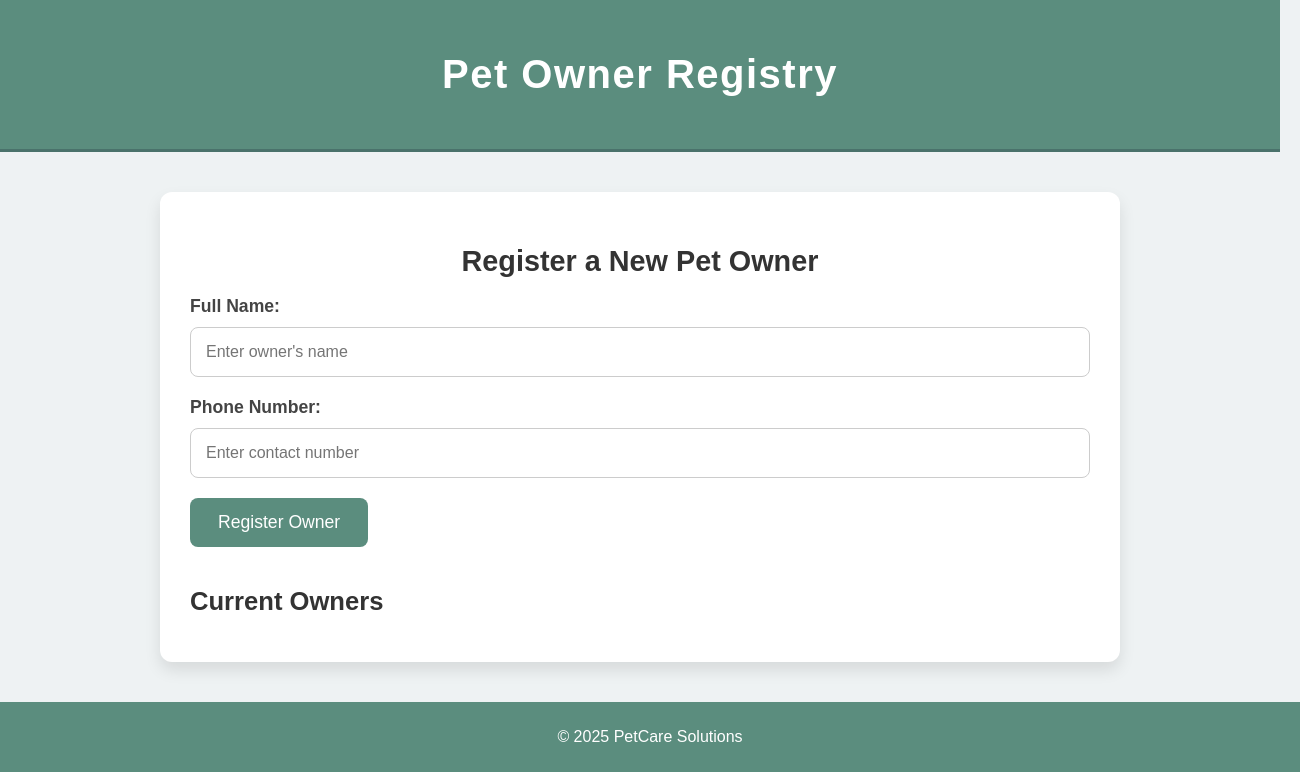
Repository: abirami1105/repoA
Page: PetClinicApplication/src/main/resources/static/owner.html
The author's editor kept a copy of each file at every save. The page is drawn from the files as they stood at one save, then again after the next save.
The browser window is 1280 px wide. The page is 1300 px wide, then 1280 px, then 1300 px, so the pictures cover 1300 px, including what lies to the right of the window. The pictures show the whole page.
The page's requests for data from a server got no answer.

Above is the page before, as saved 2025-01-02 18:28:44.

### PetClinicApplication/src/main/resources/static/owner.html
<!DOCTYPE html>
<html lang="en">
<head>
    <meta charset="UTF-8">
    <meta name="viewport" content="width=device-width, initial-scale=1.0">
    <title>Pet Owner Registry</title>
    <style>
        body {
            font-family: 'Arial', sans-serif;
            background-color: #eef2f3;
            margin: 0;
            padding: 0;
        }

        header {
            background-color: #5b8d7e;
            color: white;
            padding: 25px 0;
            text-align: center;
            border-bottom: 3px solid #4a726b;
        }

        header h1 {
            font-size: 2.5rem;
            letter-spacing: 1.5px;
        }

        .container {
            max-width: 900px;
            margin: 40px auto;
            padding: 30px;
            background-color: #ffffff;
            border-radius: 12px;
            box-shadow: 0 8px 16px rgba(0, 0, 0, 0.1);
        }

        .form-container {
            margin-bottom: 35px;
        }

        .form-container h2 {
            text-align: center;
            color: #333;
            font-size: 1.8rem;
            margin-bottom: 18px;
        }

        .form-container label {
            display: block;
            margin-bottom: 10px;
            font-size: 1.1rem;
            font-weight: bold;
            color: #444;
        }

        .form-container input {
            width: 100%;
            padding: 15px;
            font-size: 1rem;
            border-radius: 8px;
            border: 1px solid #ccc;
            margin-bottom: 20px;
            box-sizing: border-box;
            transition: all 0.3s ease;
        }

        .form-container input:focus {
            border-color: #5b8d7e;
            outline: none;
        }

        .form-container button {
            background-color: #5b8d7e;
            color: white;
            padding: 14px 28px;
            font-size: 1.1rem;
            border: none;
            border-radius: 8px;
            cursor: pointer;
            transition: background-color 0.3s ease;
        }

        .form-container button:hover {
            background-color: #4a726b;
        }

        .owner-list {
            margin-top: 40px;
        }

        .owner-list h3 {
            font-size: 1.6rem;
            color: #333;
            margin-bottom: 15px;
        }

        .owner-list ul {
            list-style: none;
            padding: 0;
        }

        .owner-list li {
            background-color: #f7f9fa;
            padding: 15px;
            margin-bottom: 12px;
            border-radius: 8px;
            box-shadow: 0 4px 6px rgba(0, 0, 0, 0.1);
            display: flex;
            justify-content: space-between;
            align-items: center;
            font-size: 1rem;
            color: #333;
        }

        .owner-list li span {
            font-weight: bold;
            color: #5b8d7e;
        }

        footer {
            background-color: #5b8d7e;
            color: white;
            text-align: center;
            padding: 10px;
            position: relative;
            bottom: 0;
            width: 100%;
            margin-top: 40px;
        }

    </style>
</head>
<body>

<header>
    <h1>Pet Owner Registry</h1>
</header>

<div class="container">
    <div class="form-container">
        <h2>Register a New Pet Owner</h2>
        <form id="ownerForm">
            <label for="name">Full Name:</label>
            <input type="text" id="name" name="name" placeholder="Enter owner's name" required>

            <label for="contact">Phone Number:</label>
            <input type="text" id="contact" name="contact" placeholder="Enter contact number" required>

            <button type="submit">Register Owner</button>
        </form>
    </div>

    <div class="owner-list">
        <h3>Current Owners</h3>
        <ul id="ownerList"></ul>
    </div>
</div>

<footer>
    <p>&copy; 2025 PetCare Solutions</p>
</footer>

<script>
    document.getElementById("ownerForm").addEventListener("submit", function(event) {
        event.preventDefault();

        const ownerData = {
            name: document.getElementById("name").value,
            contact: document.getElementById("contact").value
        };

        fetch("/owners", {
            method: "POST",
            headers: {
                "Content-Type": "application/json"
            },
            body: JSON.stringify(ownerData)
        })
        .then(response => response.json())
        .then(owner => {
            alert("Owner successfully registered!");
            loadOwners(); // Reload the list of owners after adding a new one
        });
    });

    function loadOwners() {
        fetch("/owners")
            .then(response => response.json())
            .then(owners => {
                const ownerList = document.getElementById("ownerList");
                ownerList.innerHTML = "";
                owners.forEach(owner => {
                    const listItem = document.createElement("li");
                    listItem.innerHTML = `
                        <span>${owner.name}</span> - ${owner.contact}
                    `;
                    ownerList.appendChild(listItem);
                });
            });
    }

    loadOwners(); // Load owners when the page is first loaded
</script>

</body>
</html>

After the next save:
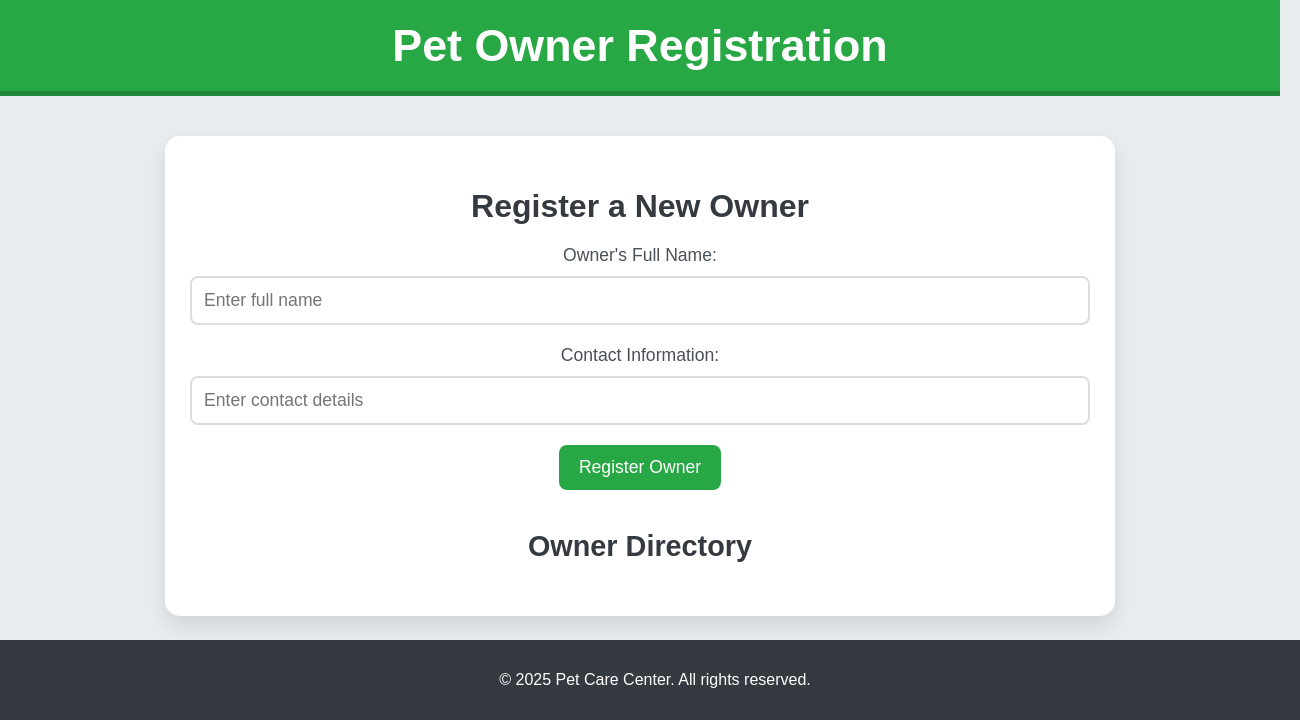
Saved 101 s later.
--- a/PetClinicApplication/src/main/resources/static/owner.html
+++ b/PetClinicApplication/src/main/resources/static/owner.html
@@ -3,85 +3,83 @@
 <head>
     <meta charset="UTF-8">
     <meta name="viewport" content="width=device-width, initial-scale=1.0">
-    <title>Pet Owner Registry</title>
+    <title>Pet Owner Registration</title>
     <style>
         body {
             font-family: 'Arial', sans-serif;
-            background-color: #eef2f3;
             margin: 0;
             padding: 0;
+            background-color: #e9ecef;
+            color: #495057;
         }
 
         header {
-            background-color: #5b8d7e;
+            background-color: #28a745;
             color: white;
-            padding: 25px 0;
-            text-align: center;
-            border-bottom: 3px solid #4a726b;
+            padding: 20px;
+            text-align: center;
+            border-bottom: 5px solid #218838;
         }
 
         header h1 {
-            font-size: 2.5rem;
-            letter-spacing: 1.5px;
+            margin: 0;
+            font-size: 2.8rem;
         }
 
         .container {
             max-width: 900px;
             margin: 40px auto;
-            padding: 30px;
-            background-color: #ffffff;
-            border-radius: 12px;
-            box-shadow: 0 8px 16px rgba(0, 0, 0, 0.1);
+            padding: 25px;
+            background-color: #fff;
+            border-radius: 15px;
+            box-shadow: 0 10px 20px rgba(0, 0, 0, 0.1);
         }
 
         .form-container {
-            margin-bottom: 35px;
+            margin-bottom: 40px;
+            text-align: center;
         }
 
         .form-container h2 {
-            text-align: center;
-            color: #333;
-            font-size: 1.8rem;
-            margin-bottom: 18px;
+            font-size: 2rem;
+            color: #343a40;
+            margin-bottom: 20px;
         }
 
         .form-container label {
             display: block;
             margin-bottom: 10px;
             font-size: 1.1rem;
-            font-weight: bold;
-            color: #444;
         }
 
         .form-container input {
             width: 100%;
-            padding: 15px;
-            font-size: 1rem;
+            padding: 12px;
+            margin-bottom: 20px;
+            font-size: 1.1rem;
+            border: 2px solid #ddd;
             border-radius: 8px;
-            border: 1px solid #ccc;
-            margin-bottom: 20px;
             box-sizing: border-box;
-            transition: all 0.3s ease;
         }
 
         .form-container input:focus {
-            border-color: #5b8d7e;
+            border-color: #28a745;
             outline: none;
         }
 
         .form-container button {
-            background-color: #5b8d7e;
+            background-color: #28a745;
             color: white;
-            padding: 14px 28px;
+            padding: 12px 20px;
             font-size: 1.1rem;
             border: none;
             border-radius: 8px;
             cursor: pointer;
-            transition: background-color 0.3s ease;
+            transition: background-color 0.3s;
         }
 
         .form-container button:hover {
-            background-color: #4a726b;
+            background-color: #218838;
         }
 
         .owner-list {
@@ -89,9 +87,9 @@
         }
 
         .owner-list h3 {
-            font-size: 1.6rem;
-            color: #333;
-            margin-bottom: 15px;
+            font-size: 1.8rem;
+            color: #343a40;
+            text-align: center;
         }
 
         .owner-list ul {
@@ -100,64 +98,62 @@
         }
 
         .owner-list li {
-            background-color: #f7f9fa;
-            padding: 15px;
+            background-color: #f8f9fa;
+            padding: 15px 20px;
             margin-bottom: 12px;
             border-radius: 8px;
-            box-shadow: 0 4px 6px rgba(0, 0, 0, 0.1);
+            box-shadow: 0 4px 10px rgba(0, 0, 0, 0.1);
             display: flex;
             justify-content: space-between;
             align-items: center;
-            font-size: 1rem;
-            color: #333;
+            font-size: 1.1rem;
         }
 
         .owner-list li span {
             font-weight: bold;
-            color: #5b8d7e;
+            color: #28a745;
         }
 
         footer {
-            background-color: #5b8d7e;
+            background-color: #343a40;
             color: white;
             text-align: center;
-            padding: 10px;
-            position: relative;
+            padding: 15px;
+            font-size: 1rem;
+            position: fixed;
             bottom: 0;
             width: 100%;
-            margin-top: 40px;
-        }
-
+        }
     </style>
 </head>
 <body>
 
 <header>
-    <h1>Pet Owner Registry</h1>
+    <h1>Pet Owner Registration</h1>
 </header>
 
 <div class="container">
     <div class="form-container">
-        <h2>Register a New Pet Owner</h2>
+        <h2>Register a New Owner</h2>
         <form id="ownerForm">
-            <label for="name">Full Name:</label>
-            <input type="text" id="name" name="name" placeholder="Enter owner's name" required>
-
-            <label for="contact">Phone Number:</label>
-            <input type="text" id="contact" name="contact" placeholder="Enter contact number" required>
+            <label for="name">Owner's Full Name:</label>
+            <input type="text" id="name" name="name" placeholder="Enter full name" required>
+
+            <label for="contact">Contact Information:</label>
+            <input type="text" id="contact" name="contact" placeholder="Enter contact details" required>
 
             <button type="submit">Register Owner</button>
         </form>
     </div>
 
     <div class="owner-list">
-        <h3>Current Owners</h3>
+        <h3>Owner Directory</h3>
         <ul id="ownerList"></ul>
     </div>
 </div>
 
 <footer>
-    <p>&copy; 2025 PetCare Solutions</p>
+    <p>&copy; 2025 Pet Care Center. All rights reserved.</p>
 </footer>
 
 <script>
@@ -178,7 +174,7 @@
         })
         .then(response => response.json())
         .then(owner => {
-            alert("Owner successfully registered!");
+            alert("Owner registered successfully!");
             loadOwners(); // Reload the list of owners after adding a new one
         });
     });

After the save that followed:
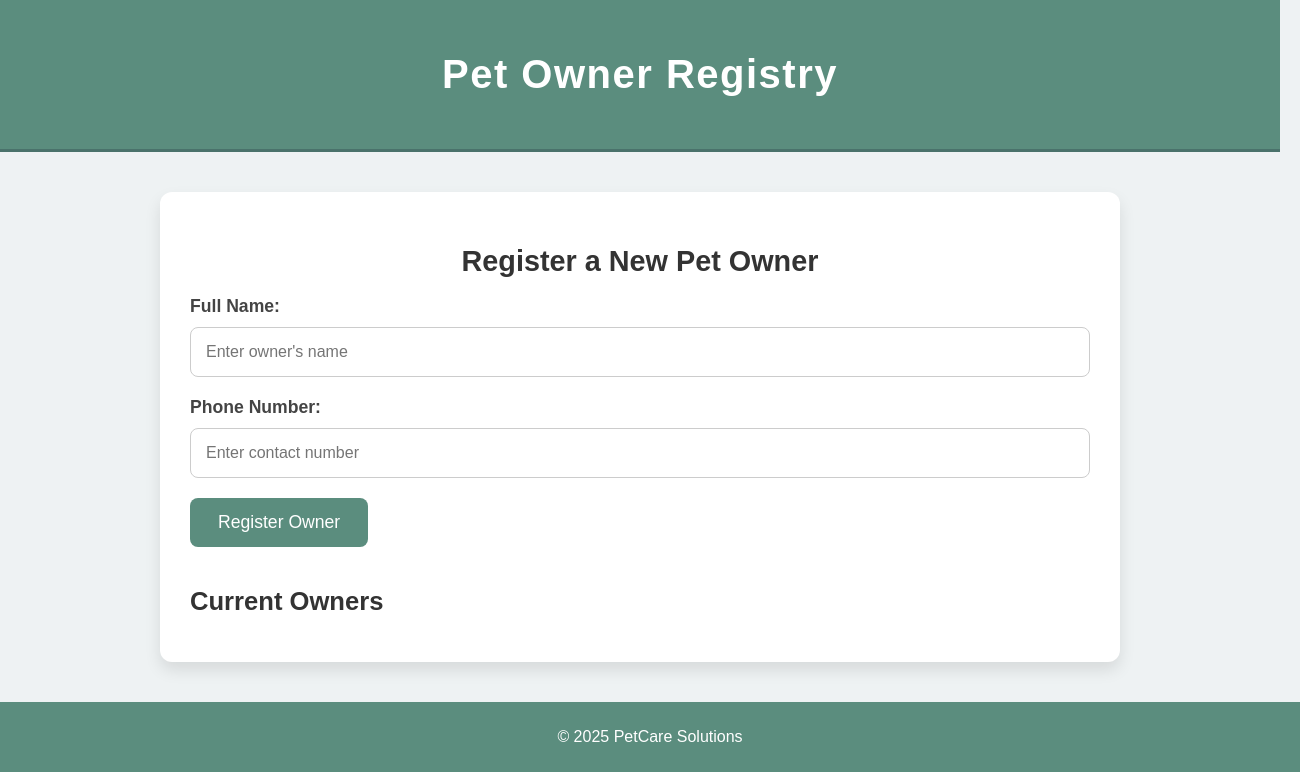
Saved 88 s later.
--- a/PetClinicApplication/src/main/resources/static/owner.html
+++ b/PetClinicApplication/src/main/resources/static/owner.html
@@ -3,83 +3,85 @@
 <head>
     <meta charset="UTF-8">
     <meta name="viewport" content="width=device-width, initial-scale=1.0">
-    <title>Pet Owner Registration</title>
+    <title>Pet Owner Registry</title>
     <style>
         body {
             font-family: 'Arial', sans-serif;
+            background-color: #eef2f3;
             margin: 0;
             padding: 0;
-            background-color: #e9ecef;
-            color: #495057;
         }
 
         header {
-            background-color: #28a745;
+            background-color: #5b8d7e;
             color: white;
-            padding: 20px;
+            padding: 25px 0;
             text-align: center;
-            border-bottom: 5px solid #218838;
+            border-bottom: 3px solid #4a726b;
         }
 
         header h1 {
-            margin: 0;
-            font-size: 2.8rem;
+            font-size: 2.5rem;
+            letter-spacing: 1.5px;
         }
 
         .container {
             max-width: 900px;
             margin: 40px auto;
-            padding: 25px;
-            background-color: #fff;
-            border-radius: 15px;
-            box-shadow: 0 10px 20px rgba(0, 0, 0, 0.1);
+            padding: 30px;
+            background-color: #ffffff;
+            border-radius: 12px;
+            box-shadow: 0 8px 16px rgba(0, 0, 0, 0.1);
         }
 
         .form-container {
-            margin-bottom: 40px;
+            margin-bottom: 35px;
+        }
+
+        .form-container h2 {
             text-align: center;
-        }
-
-        .form-container h2 {
-            font-size: 2rem;
-            color: #343a40;
-            margin-bottom: 20px;
+            color: #333;
+            font-size: 1.8rem;
+            margin-bottom: 18px;
         }
 
         .form-container label {
             display: block;
             margin-bottom: 10px;
             font-size: 1.1rem;
+            font-weight: bold;
+            color: #444;
         }
 
         .form-container input {
             width: 100%;
-            padding: 12px;
+            padding: 15px;
+            font-size: 1rem;
+            border-radius: 8px;
+            border: 1px solid #ccc;
             margin-bottom: 20px;
-            font-size: 1.1rem;
-            border: 2px solid #ddd;
-            border-radius: 8px;
             box-sizing: border-box;
+            transition: all 0.3s ease;
         }
 
         .form-container input:focus {
-            border-color: #28a745;
+            border-color: #5b8d7e;
             outline: none;
         }
 
         .form-container button {
-            background-color: #28a745;
+            background-color: #5b8d7e;
             color: white;
-            padding: 12px 20px;
+            padding: 14px 28px;
             font-size: 1.1rem;
             border: none;
             border-radius: 8px;
             cursor: pointer;
-            transition: background-color 0.3s;
+            transition: background-color 0.3s ease;
         }
 
         .form-container button:hover {
-            background-color: #218838;
+            background-color: #4a726b;
         }
 
         .owner-list {
@@ -87,9 +89,9 @@
         }
 
         .owner-list h3 {
-            font-size: 1.8rem;
-            color: #343a40;
-            text-align: center;
+            font-size: 1.6rem;
+            color: #333;
+            margin-bottom: 15px;
         }
 
         .owner-list ul {
@@ -98,62 +100,64 @@
         }
 
         .owner-list li {
-            background-color: #f8f9fa;
-            padding: 15px 20px;
+            background-color: #f7f9fa;
+            padding: 15px;
             margin-bottom: 12px;
             border-radius: 8px;
-            box-shadow: 0 4px 10px rgba(0, 0, 0, 0.1);
+            box-shadow: 0 4px 6px rgba(0, 0, 0, 0.1);
             display: flex;
             justify-content: space-between;
             align-items: center;
-            font-size: 1.1rem;
+            font-size: 1rem;
+            color: #333;
         }
 
         .owner-list li span {
             font-weight: bold;
-            color: #28a745;
+            color: #5b8d7e;
         }
 
         footer {
-            background-color: #343a40;
+            background-color: #5b8d7e;
             color: white;
             text-align: center;
-            padding: 15px;
-            font-size: 1rem;
-            position: fixed;
+            padding: 10px;
+            position: relative;
             bottom: 0;
             width: 100%;
-        }
+            margin-top: 40px;
+        }
+
     </style>
 </head>
 <body>
 
 <header>
-    <h1>Pet Owner Registration</h1>
+    <h1>Pet Owner Registry</h1>
 </header>
 
 <div class="container">
     <div class="form-container">
-        <h2>Register a New Owner</h2>
+        <h2>Register a New Pet Owner</h2>
         <form id="ownerForm">
-            <label for="name">Owner's Full Name:</label>
-            <input type="text" id="name" name="name" placeholder="Enter full name" required>
-
-            <label for="contact">Contact Information:</label>
-            <input type="text" id="contact" name="contact" placeholder="Enter contact details" required>
+            <label for="name">Full Name:</label>
+            <input type="text" id="name" name="name" placeholder="Enter owner's name" required>
+
+            <label for="contact">Phone Number:</label>
+            <input type="text" id="contact" name="contact" placeholder="Enter contact number" required>
 
             <button type="submit">Register Owner</button>
         </form>
     </div>
 
     <div class="owner-list">
-        <h3>Owner Directory</h3>
+        <h3>Current Owners</h3>
         <ul id="ownerList"></ul>
     </div>
 </div>
 
 <footer>
-    <p>&copy; 2025 Pet Care Center. All rights reserved.</p>
+    <p>&copy; 2025 PetCare Solutions</p>
 </footer>
 
 <script>
@@ -174,7 +178,7 @@
         })
         .then(response => response.json())
         .then(owner => {
-            alert("Owner registered successfully!");
+            alert("Owner successfully registered!");
             loadOwners(); // Reload the list of owners after adding a new one
         });
     });
